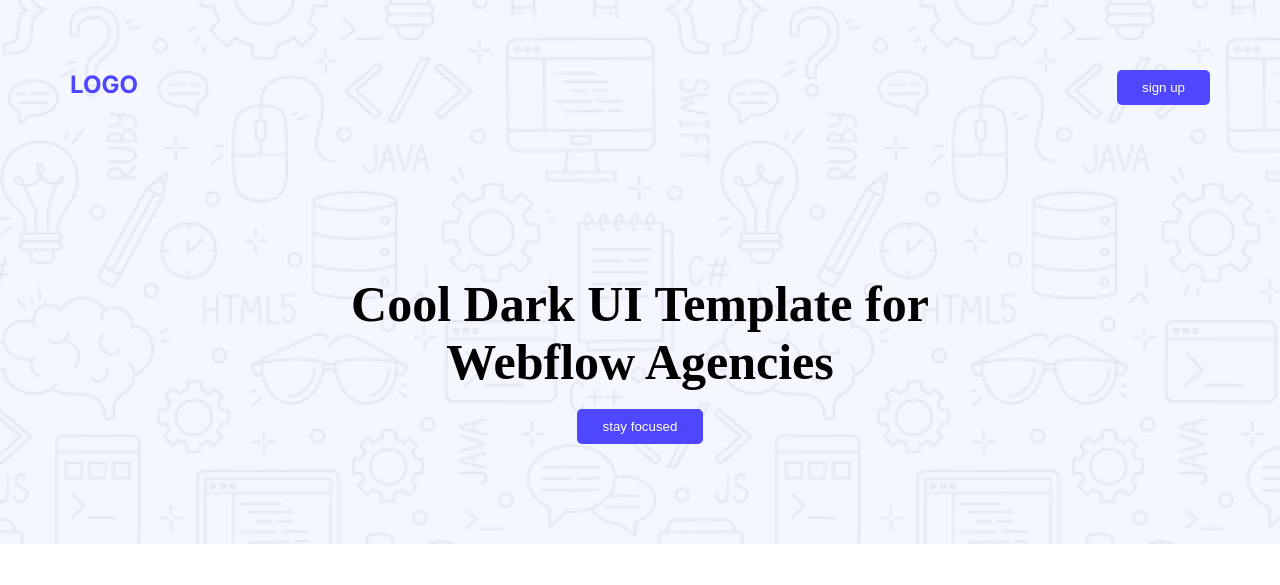
Repository: dollyrakhe22/landing-launchpad
Page: index.html
The author's editor kept a copy of each file at every save. The page is drawn from the files as they stood at one save, then again after the next save.
The browser window is 1280 px wide. The pictures show the whole page.

Above is the page before, as saved 2025-07-10 23:39:06.

### index.html
<!DOCTYPE html>
<html lang="en">
<head>
    <meta charset="UTF-8">
    <meta name="viewport" content="width=device-width, initial-scale=1.0">
    <title>Landing Launchpad</title>
    <link rel="preconnect" href="https://fonts.googleapis.com">
    <link rel="preconnect" href="https://fonts.googleapis.com">
<link rel="preconnect" href="https://fonts.gstatic.com" crossorigin>
<link href="https://fonts.googleapis.com/css2?family=Inter:ital,opsz,wght@0,14..32,100..900;1,14..32,100..900&family=Open+Sans:ital,wght@0,300..800;1,300..800&family=Raleway:ital,wght@0,100..900;1,100..900&display=swap" rel="stylesheet">
    <link rel="stylesheet" href="style.css">
   </head>
   <body>
    <header>

        <nav>
         <h2 class="inter-normal">LOGO</h2>
            <a href="#"><button>sign up</button></a>
        </nav>
        <div class="banner-section">
             <h1 > Cool Dark UI Template for <br>Webflow Agencies</h1><br>
            <a href=""><button class="button-container">stay focused</button></a>
        </div>
    </header>
    <main>

    </main>
    <footer>

    </footer>
</body>
</html>

### style.css
*{
    padding: 0;
    margin: 0;
}


.inter-normal {
  font-family: "Inter", sans-serif;
  font-optical-sizing: auto;
  font-style: normal;
}
header{
    background-image: url("Assets/Hero-bg.png");


}
/*nav style*/
h2{
    color:#4E47FF;


}
nav{
    display: flex;
    justify-content: space-between;
    padding: 70px;
}
nav button{
    text-decoration: none;
    padding: 10px 25px;
    background-color:#4E47FF ;
    color:white;
    border-radius: 5px;
    border: none;


}
.banner-section{
    text-align: center;
    padding: 100px;
}
.banner-section h1{
    font-weight: bolder;
    font-size: 50px;
}
.button-container{
     padding: 10px 26px;
    background-color:#4E47FF ;
    color:white;
    border-radius: 5px;
    border: none;

}

After the next save:
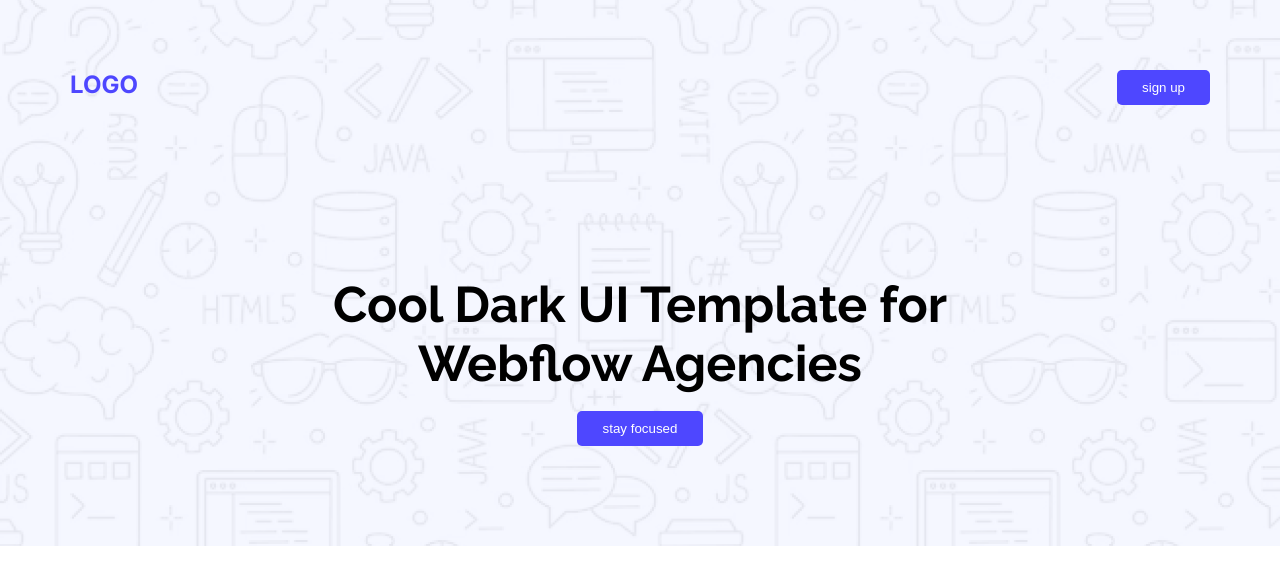
Saved 104 s later.
--- a/index.html
+++ b/index.html
@@ -18,7 +18,7 @@
             <a href="#"><button>sign up</button></a>
         </nav>
         <div class="banner-section">
-             <h1 > Cool Dark UI Template for <br>Webflow Agencies</h1><br>
+             <h1 class="raleway-normal" >Cool Dark UI Template for <br>Webflow Agencies</h1><br>
             <a href=""><button class="button-container">stay focused</button></a>
         </div>
     </header>
--- a/style.css
+++ b/style.css
@@ -35,6 +35,12 @@
 
 
 }
+
+.raleway-normal{
+  font-family: "Raleway", sans-serif;
+  font-optical-sizing: auto;
+  font-style: normal;
+}
 .banner-section{
     text-align: center;
     padding: 100px;
